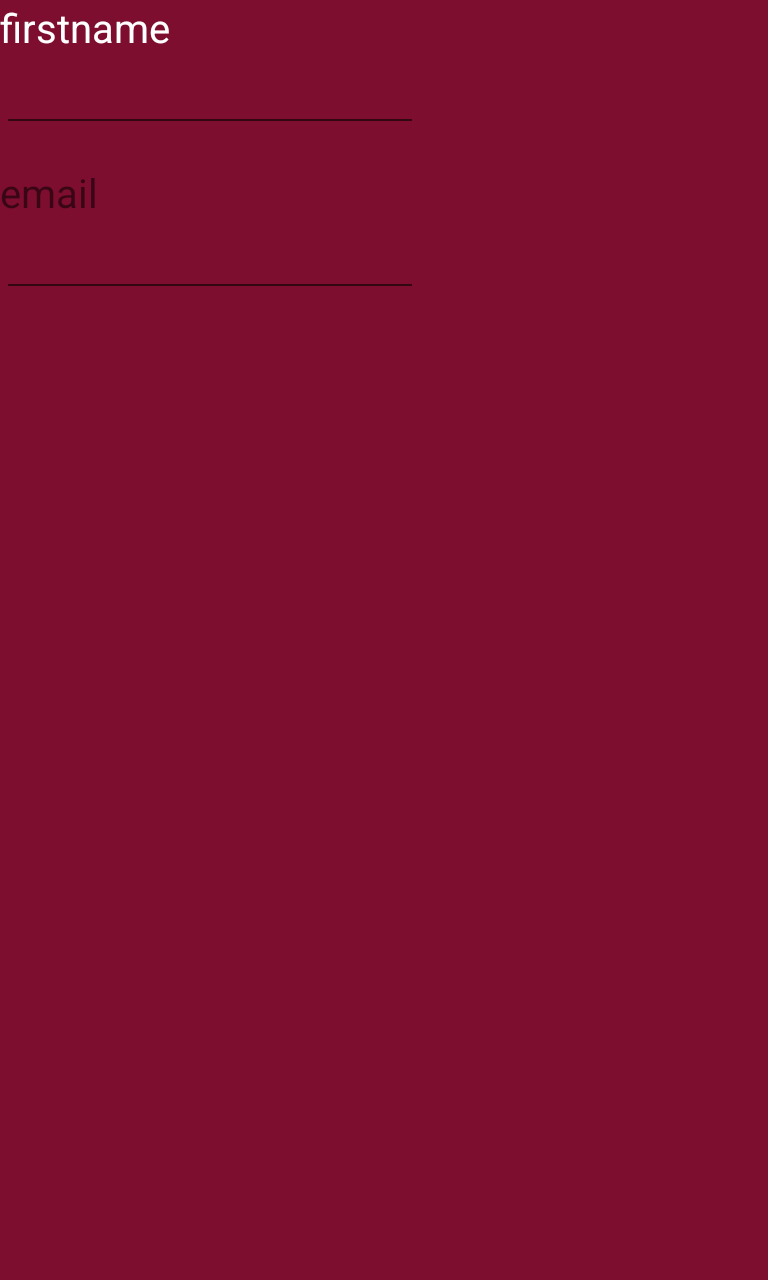
Repository: janemuthoni/icon
Layout: Exam/res/layout/register.xml
The author's editor kept a copy of each file at every save. The layout is drawn from the files as they stood at one save, then again after the next save.
It is drawn on a 768 x 1280 px phone screen (xhdpi) without system bars, with theme AppTheme; the app's code is not run.

Above is the layout before, as saved 2014-08-07 07:06:47.

After the next save:
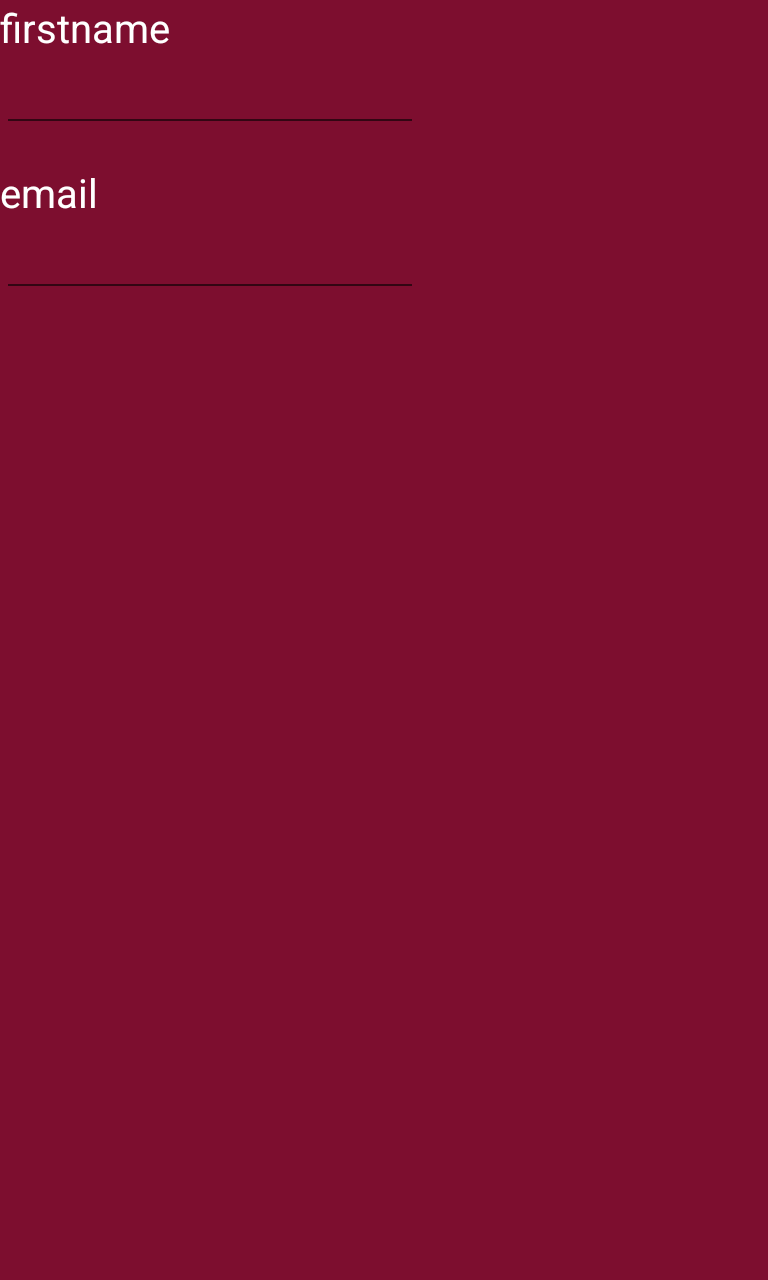
Saved 24 s later.
--- a/Exam/res/layout/register.xml
+++ b/Exam/res/layout/register.xml
@@ -21,7 +21,8 @@
 
        <TextView
            android:id="@+id/email"
-          android:text="@string/email"
+           android:text="@string/email"
+           android:textColor="@color/white"
            android:layout_width="wrap_content"
            android:layout_height="wrap_content"
            android:layout_marginTop="14dp"
